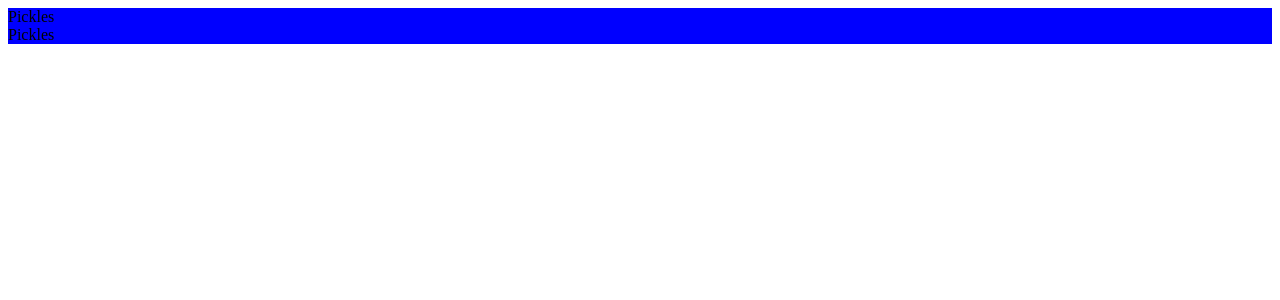
Repository: Peacepapi/1702Java
Page: jquery/WebContent/index.html
These files come from the project's save history. The page is drawn as it stood at one moment and after the next save; the edit follows.
The browser window is 1280 px wide. The pictures show the whole page.
Some web libraries are served in a nearby version.

Above is the page before, as saved 2017-03-08 14:34:13.

### jquery/WebContent/index.html
<!DOCTYPE html>
<html>
<head>
<meta charset="ISO-8859-1">
<title>Hello jQuery</title>
<script src="https://ajax.googleapis.com/ajax/libs/jquery/3.1.1/jquery.min.js"></script>
</head>
<body>
<div id="dan" class="pickles"> Hello </div>
<div class="pickles"> jQuery </div>
</body>
<script type="text/javascript">
$(document).ready(function() { // DOMContentLoaded
	$('div').css('backgroundColor', 'blue'); // change css prop
	$('#dan').html('<h1>Pound Dan</h1>'); //innerHTML
	$('.pickles').text('Pickles'); // getelementsbyclassname / innerText

	var array = document.getElementsByClassName('pickles');
	for ( var temp in array) {
		temp.innerText = 'Test';
	}
});
</script>
</html>

After the next save:
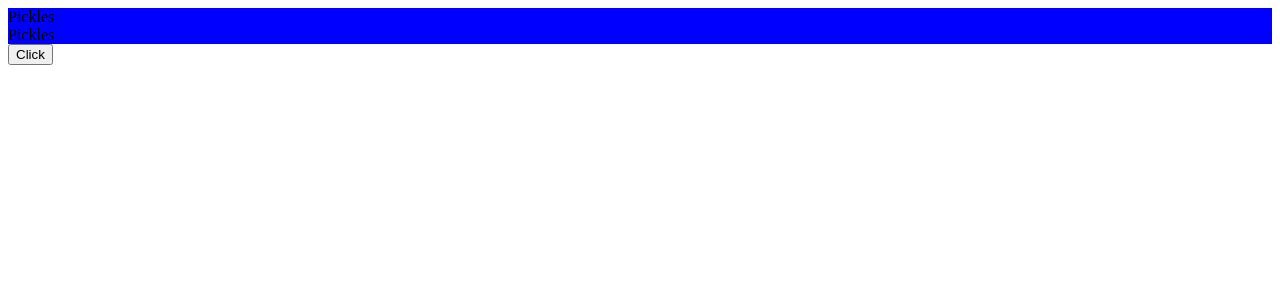
Saved 99 s later.
--- a/jquery/WebContent/index.html
+++ b/jquery/WebContent/index.html
@@ -8,6 +8,7 @@
 <body>
 <div id="dan" class="pickles"> Hello </div>
 <div class="pickles"> jQuery </div>
+<button>Click</button>
 </body>
 <script type="text/javascript">
 $(document).ready(function() { // DOMContentLoaded
@@ -15,10 +16,7 @@ $(document).ready(function() { // DOMContentLoaded
 	$('#dan').html('<h1>Pound Dan</h1>'); //innerHTML
 	$('.pickles').text('Pickles'); // getelementsbyclassname / innerText
 
-	var array = document.getElementsByClassName('pickles');
-	for ( var temp in array) {
-		temp.innerText = 'Test';
-	}
+
 });
 </script>
 </html>
